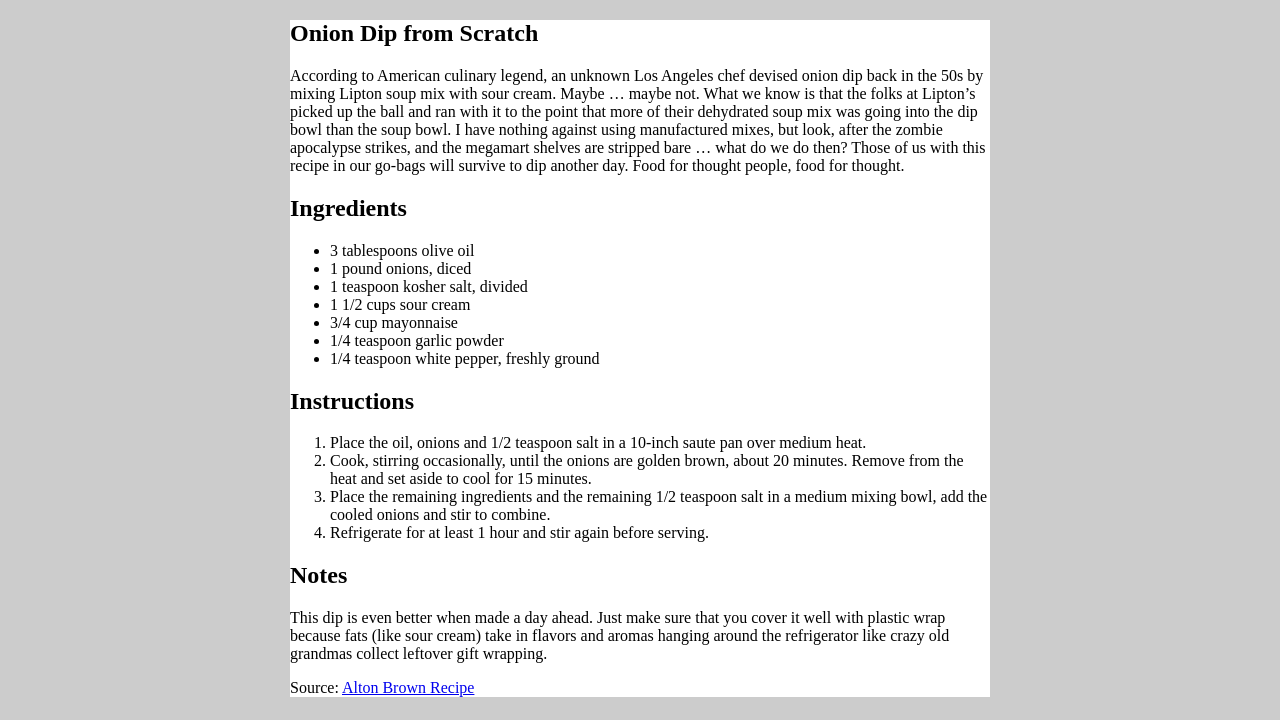
Repository: coltoncherry/mi349fs15
Page: week3/index.html
An editor plug-in stored every save of this project. The page is shown before and after the next save, followed by the edit.
The browser window is 1280 px wide. The pictures show the whole page.

Above is the page before, as saved 2015-09-23 00:57:00.

After the next save:
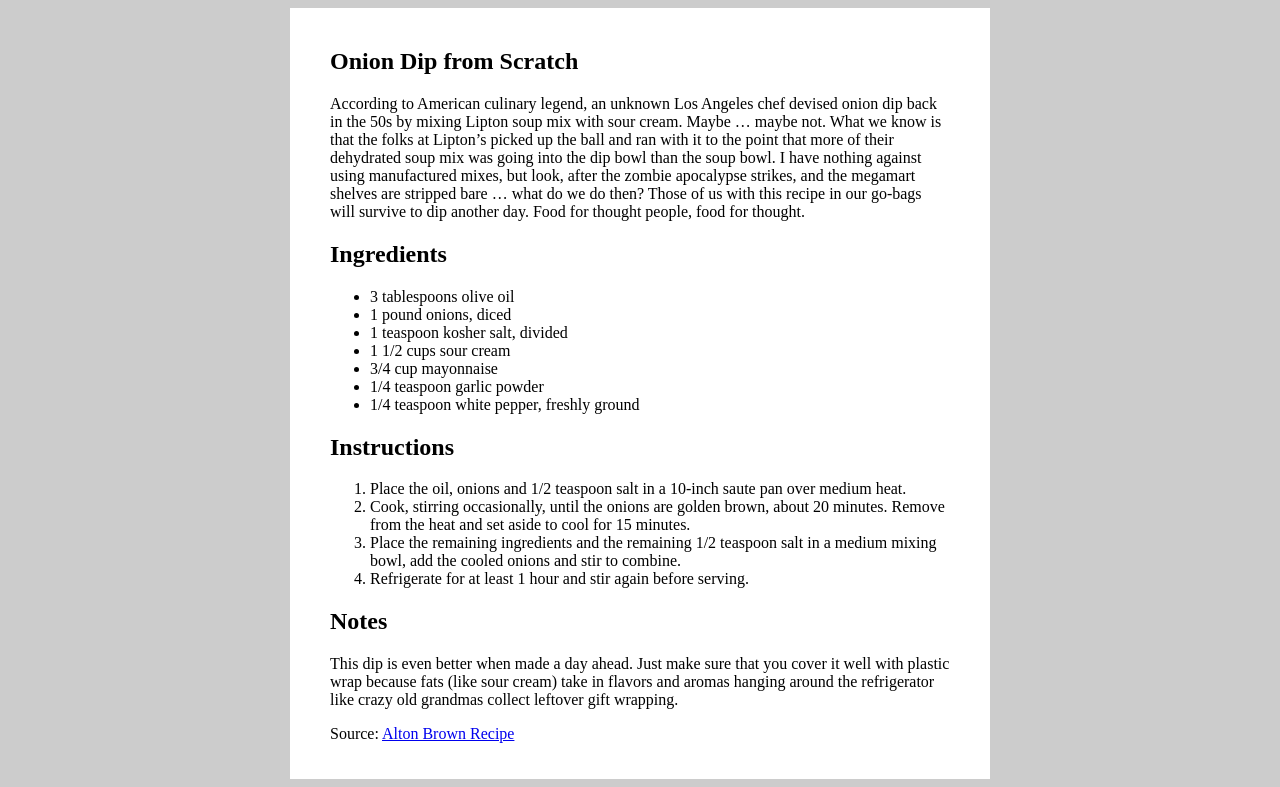
Saved 2 min 13 s later.
--- a/week3/css/style.css
+++ b/week3/css/style.css
@@ -7,3 +7,8 @@ body {
 	width: 700px;
 	background: #fff;
 }
+
+
+.recipe{
+	padding: 20px 40px;
+}
